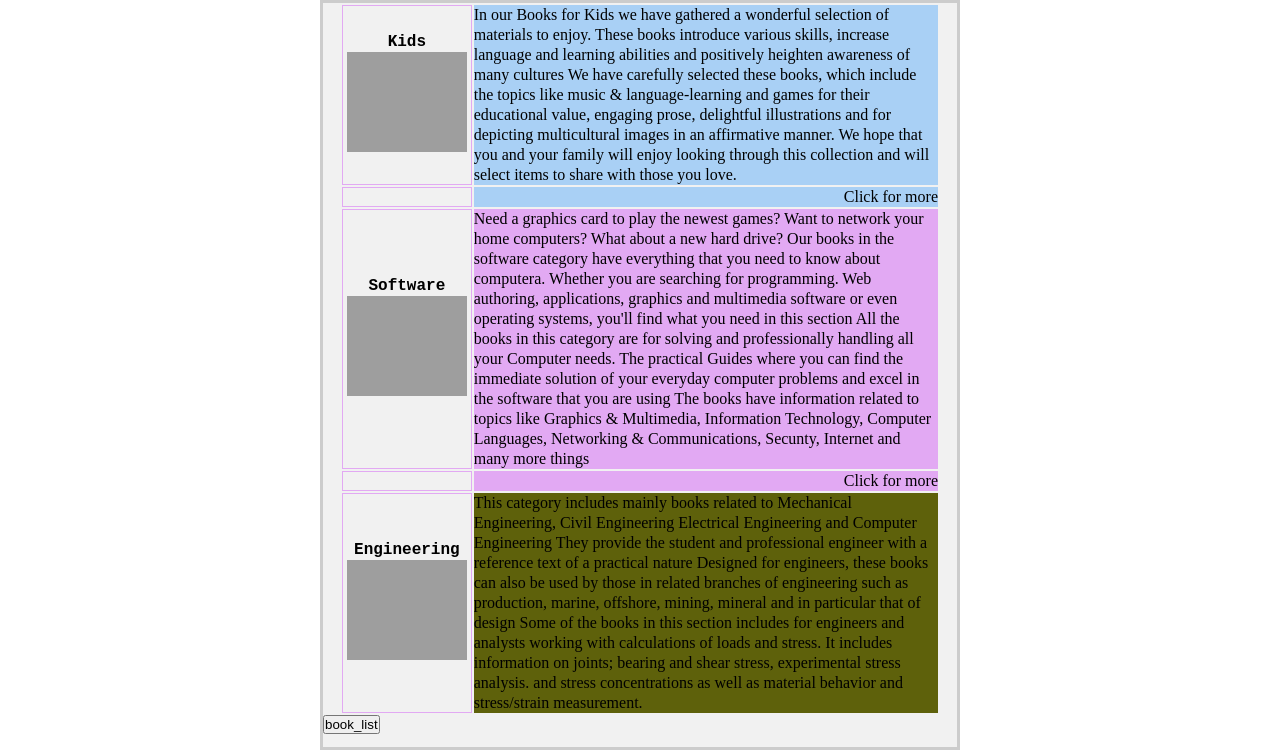
Repository: Helianthusss/Learn-CPP
Page: HTML/lap2/bai4/bai4.html
An editor plug-in stored every save of this project. The page is shown before and after the next save, followed by the edit.
The browser window is 1280 px wide. The pictures show the whole page.
Pictures or frames that could not be fetched are drawn as grey boxes.

Above is the page before, as saved 2021-10-10 08:38:46.

After the next save:
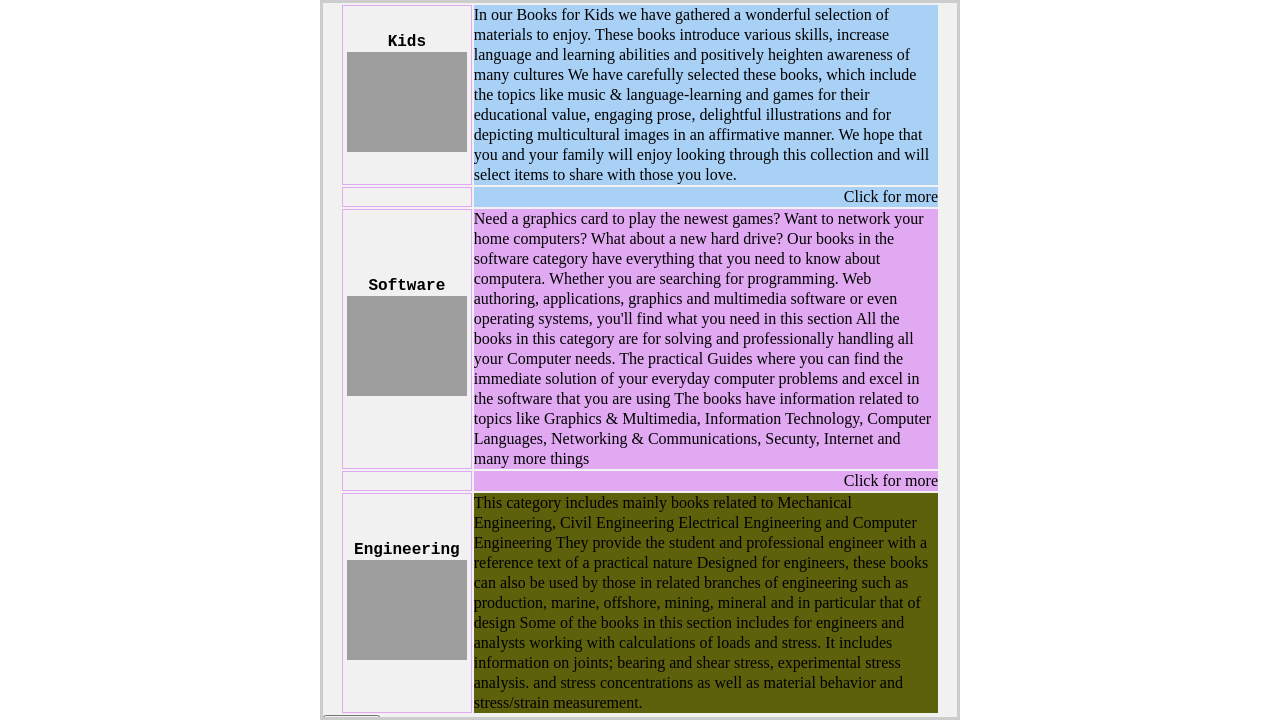
Saved 12 s later.
--- a/HTML/lap2/bai4/bai4.css
+++ b/HTML/lap2/bai4/bai4.css
@@ -16,7 +16,7 @@ table {
   margin-left: auto;
   margin-right: auto;
   width: 640px;
-  height: 750px;
+  height: 720px;
   overflow-x: hidden;
   overflow-y: auto;
 }
